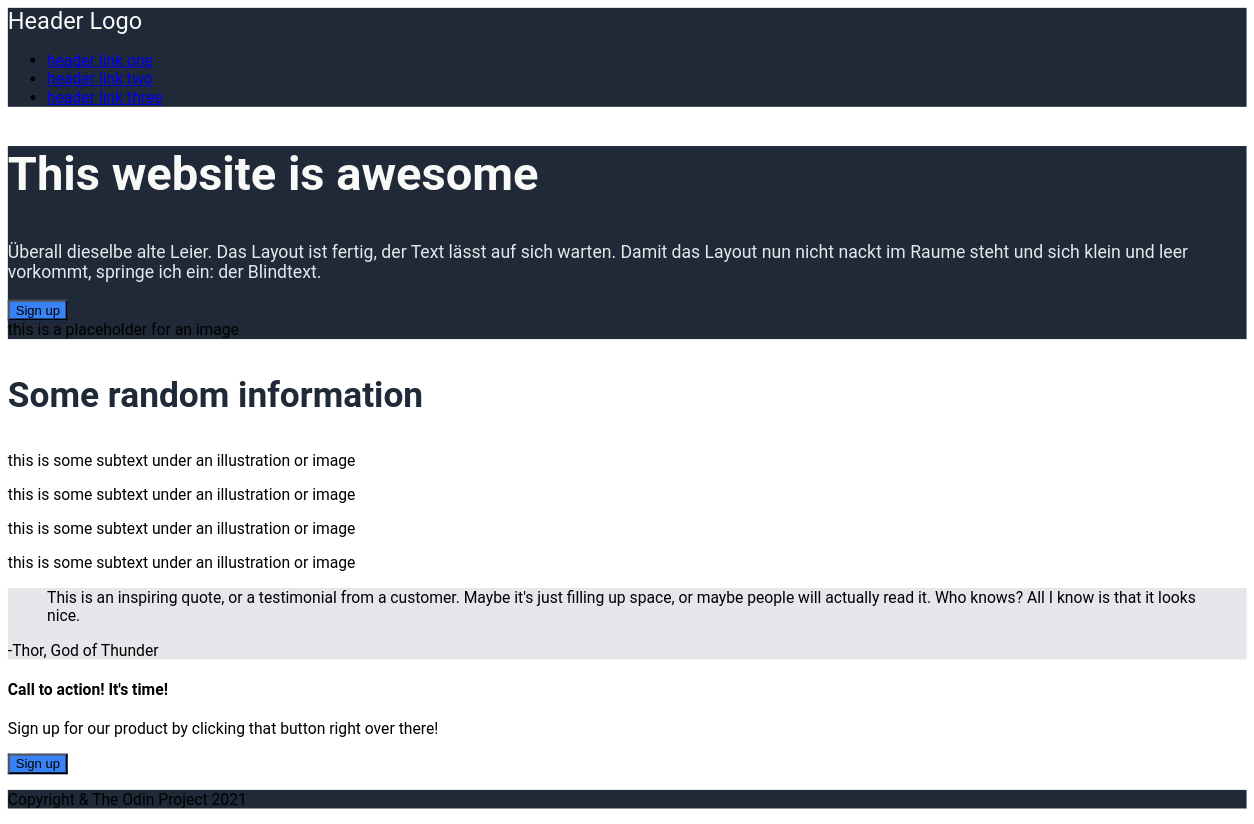
Repository: evemcd/odin_project
Page: odin-project2-landing-page/index.html
These files come from the project's save history. The page is drawn as it stood at one moment and after the next save; the edit follows.
The browser window is 1280 px wide. The pictures show the whole page, at 98% of full size.

Above is the page before, as saved 2022-02-08 09:12:07.

After the next save:
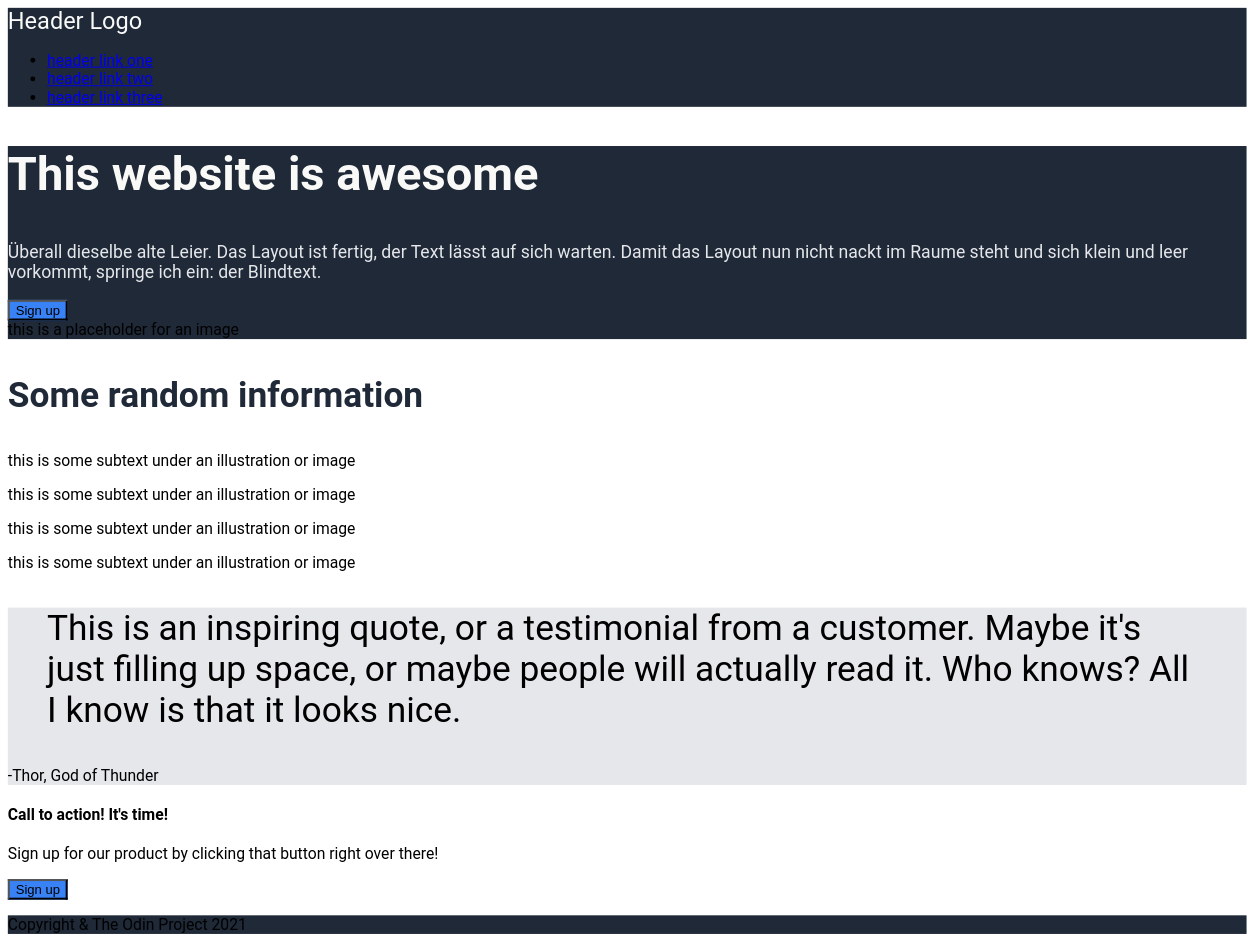
Saved 43 s later.
--- a/odin-project2-landing-page/style.css
+++ b/odin-project2-landing-page/style.css
@@ -42,3 +42,8 @@ button {
     font-weight: extra-bold;
     color: #1F2937;
 }
+
+blockquote {
+    font-size: 36px;
+    font-style: light-italic;
+}
